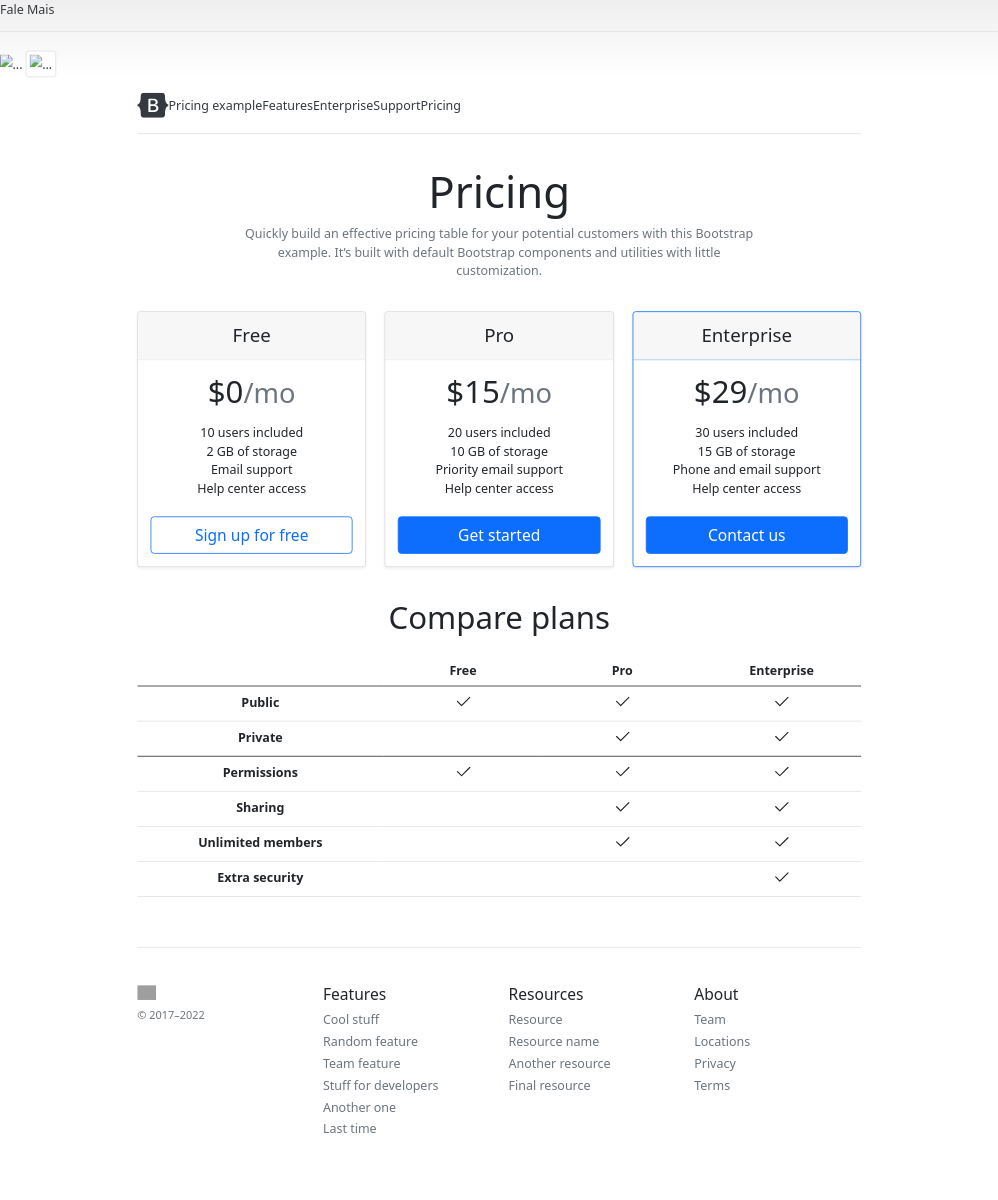
Repository: JuniorMagalhaesDeAlcantara/Fale-Mais
Page: src/resource/index.html
An editor plug-in stored every save of this project. The page is shown before and after the next save, followed by the edit.
The browser window is 1280 px wide. The pictures show the whole page, at 78% of full size.
Pictures or frames that could not be fetched are drawn as grey boxes.

Above is the page before, as saved 2022-08-02 14:36:41.
Not found: src/resource/img/telefone.jpg

### src/resource/index.html
<!DOCTYPE html>
<html lang="pt-br">
<head>
  <meta charset="UTF-8">
  <meta name="viewport" content="width=device-width, initial-scale=1.0">
  <title>Fale Mais</title>
  <link rel="stylesheet" href="https://stackpath.bootstrapcdn.com/bootstrap/5.0.0-alpha1/css/bootstrap.min.css" integrity="sha384-r4NyP46KrjDleawBgD5tp8Y7UzmLA05oM1iAEQ17CSuDqnUK2+k9luXQOfXJCJ4I" crossorigin="anonymous">
  <script src="https://cdn.jsdelivr.net/npm/popper.js@1.16.0/dist/umd/popper.min.js" integrity="sha384-Q6E9RHvbIyZFJoft+2mJbHaEWldlvI9IOYy5n3zV9zzTtmI3UksdQRVvoxMfooAo" crossorigin="anonymous"></script>
  <script src="https://stackpath.bootstrapcdn.com/bootstrap/5.0.0-alpha1/js/bootstrap.min.js" integrity="sha384-oesi62hOLfzrys4LxRF63OJCXdXDipiYWBnvTl9Y9/TRlw5xlKIEHpNyvvDShgf/" crossorigin="anonymous"></script>
</head>
<body>
    <header>
        <div class="d-flex flex-column flex-md-row align-items-center pb-3 mb-4 border-bottom">
          <a href="/" class="d-flex align-items-center text-dark text-decoration-none">
             <span class="fs-4">Fale Mais</span>
          </a>
        </div>
      </header>


      <img src="../resource/img/telefone.jpg" class="img-fluid" alt="...">

      <picture>
          <img src="../resource/img/telefone.jpg" class="img-fluid img-thumbnail" alt="...">
      </picture>
      <style>
        .bd-placeholder-img {
          font-size: 1.125rem;
          text-anchor: middle;
          -webkit-user-select: none;
          -moz-user-select: none;
          user-select: none;
        }

        @media (min-width: 768px) {
          .bd-placeholder-img-lg {
            font-size: 3.5rem;
          }
        }

        .b-example-divider {
          height: 3rem;
          background-color: rgba(0, 0, 0, .1);
          border: solid rgba(0, 0, 0, .15);
          border-width: 1px 0;
          box-shadow: inset 0 .5em 1.5em rgba(0, 0, 0, .1), inset 0 .125em .5em rgba(0, 0, 0, .15);
        }

        .b-example-vr {
          flex-shrink: 0;
          width: 1.5rem;
          height: 100vh;
        }

        .bi {
          vertical-align: -.125em;
          fill: currentColor;
        }

        .nav-scroller {
          position: relative;
          z-index: 2;
          height: 2.75rem;
          overflow-y: hidden;
        }

        .nav-scroller .nav {
          display: flex;
          flex-wrap: nowrap;
          padding-bottom: 1rem;
          margin-top: -1px;
          overflow-x: auto;
          text-align: center;
          white-space: nowrap;
          -webkit-overflow-scrolling: touch;
        }
      </style>


      <!-- Custom styles for this template -->
      <link href="../resource/css/style.css" rel="stylesheet">
    </head>
    <body>

  <svg xmlns="http://www.w3.org/2000/svg" style="display: none;">
    <symbol id="check" viewBox="0 0 16 16">
      <title>Check</title>
      <path d="M13.854 3.646a.5.5 0 0 1 0 .708l-7 7a.5.5 0 0 1-.708 0l-3.5-3.5a.5.5 0 1 1 .708-.708L6.5 10.293l6.646-6.647a.5.5 0 0 1 .708 0z"/>
    </symbol>
  </svg>

  <div class="container py-3">
    <header>
      <div class="d-flex flex-column flex-md-row align-items-center pb-3 mb-4 border-bottom">
        <a href="/" class="d-flex align-items-center text-dark text-decoration-none">
          <svg xmlns="http://www.w3.org/2000/svg" width="40" height="32" class="me-2" viewBox="0 0 118 94" role="img"><title>Bootstrap</title><path fill-rule="evenodd" clip-rule="evenodd" d="M24.509 0c-6.733 0-11.715 5.893-11.492 12.284.214 6.14-.064 14.092-2.066 20.577C8.943 39.365 5.547 43.485 0 44.014v5.972c5.547.529 8.943 4.649 10.951 11.153 2.002 6.485 2.28 14.437 2.066 20.577C12.794 88.106 17.776 94 24.51 94H93.5c6.733 0 11.714-5.893 11.491-12.284-.214-6.14.064-14.092 2.066-20.577 2.009-6.504 5.396-10.624 10.943-11.153v-5.972c-5.547-.529-8.934-4.649-10.943-11.153-2.002-6.484-2.28-14.437-2.066-20.577C105.214 5.894 100.233 0 93.5 0H24.508zM80 57.863C80 66.663 73.436 72 62.543 72H44a2 2 0 01-2-2V24a2 2 0 012-2h18.437c9.083 0 15.044 4.92 15.044 12.474 0 5.302-4.01 10.049-9.119 10.88v.277C75.317 46.394 80 51.21 80 57.863zM60.521 28.34H49.948v14.934h8.905c6.884 0 10.68-2.772 10.68-7.727 0-4.643-3.264-7.207-9.012-7.207zM49.948 49.2v16.458H60.91c7.167 0 10.964-2.876 10.964-8.281 0-5.406-3.903-8.178-11.425-8.178H49.948z" fill="currentColor"></path></svg>
          <span class="fs-4">Pricing example</span>
        </a>

        <nav class="d-inline-flex mt-2 mt-md-0 ms-md-auto">
          <a class="me-3 py-2 text-dark text-decoration-none" href="#">Features</a>
          <a class="me-3 py-2 text-dark text-decoration-none" href="#">Enterprise</a>
          <a class="me-3 py-2 text-dark text-decoration-none" href="#">Support</a>
          <a class="py-2 text-dark text-decoration-none" href="#">Pricing</a>
        </nav>
      </div>

      <div class="pricing-header p-3 pb-md-4 mx-auto text-center">
        <h1 class="display-4 fw-normal">Pricing</h1>
        <p class="fs-5 text-muted">Quickly build an effective pricing table for your potential customers with this Bootstrap example. It’s built with default Bootstrap components and utilities with little customization.</p>
      </div>
    </header>

    <main>
      <div class="row row-cols-1 row-cols-md-3 mb-3 text-center">
        <div class="col">
          <div class="card mb-4 rounded-3 shadow-sm">
            <div class="card-header py-3">
              <h4 class="my-0 fw-normal">Free</h4>
            </div>
            <div class="card-body">
              <h1 class="card-title pricing-card-title">$0<small class="text-muted fw-light">/mo</small></h1>
              <ul class="list-unstyled mt-3 mb-4">
                <li>10 users included</li>
                <li>2 GB of storage</li>
                <li>Email support</li>
                <li>Help center access</li>
              </ul>
              <button type="button" class="w-100 btn btn-lg btn-outline-primary">Sign up for free</button>
            </div>
          </div>
        </div>
        <div class="col">
          <div class="card mb-4 rounded-3 shadow-sm">
            <div class="card-header py-3">
              <h4 class="my-0 fw-normal">Pro</h4>
            </div>
            <div class="card-body">
              <h1 class="card-title pricing-card-title">$15<small class="text-muted fw-light">/mo</small></h1>
              <ul class="list-unstyled mt-3 mb-4">
                <li>20 users included</li>
                <li>10 GB of storage</li>
                <li>Priority email support</li>
                <li>Help center access</li>
              </ul>
              <button type="button" class="w-100 btn btn-lg btn-primary">Get started</button>
            </div>
          </div>
        </div>
        <div class="col">
          <div class="card mb-4 rounded-3 shadow-sm border-primary">
            <div class="card-header py-3 text-bg-primary border-primary">
              <h4 class="my-0 fw-normal">Enterprise</h4>
            </div>
            <div class="card-body">
              <h1 class="card-title pricing-card-title">$29<small class="text-muted fw-light">/mo</small></h1>
              <ul class="list-unstyled mt-3 mb-4">
                <li>30 users included</li>
                <li>15 GB of storage</li>
                <li>Phone and email support</li>
                <li>Help center access</li>
              </ul>
              <button type="button" class="w-100 btn btn-lg btn-primary">Contact us</button>
            </div>
          </div>
        </div>
      </div>

      <h2 class="display-6 text-center mb-4">Compare plans</h2>

      <div class="table-responsive">
        <table class="table text-center">
          <thead>
            <tr>
              <th style="width: 34%;"></th>
              <th style="width: 22%;">Free</th>
              <th style="width: 22%;">Pro</th>
              <th style="width: 22%;">Enterprise</th>
            </tr>
          </thead>
          <tbody>
            <tr>
              <th scope="row" class="text-start">Public</th>
              <td><svg class="bi" width="24" height="24"><use xlink:href="#check"/></svg></td>
              <td><svg class="bi" width="24" height="24"><use xlink:href="#check"/></svg></td>
              <td><svg class="bi" width="24" height="24"><use xlink:href="#check"/></svg></td>
            </tr>
            <tr>
              <th scope="row" class="text-start">Private</th>
              <td></td>
              <td><svg class="bi" width="24" height="24"><use xlink:href="#check"/></svg></td>
              <td><svg class="bi" width="24" height="24"><use xlink:href="#check"/></svg></td>
            </tr>
          </tbody>

          <tbody>
            <tr>
              <th scope="row" class="text-start">Permissions</th>
              <td><svg class="bi" width="24" height="24"><use xlink:href="#check"/></svg></td>
              <td><svg class="bi" width="24" height="24"><use xlink:href="#check"/></svg></td>
              <td><svg class="bi" width="24" height="24"><use xlink:href="#check"/></svg></td>
            </tr>
            <tr>
              <th scope="row" class="text-start">Sharing</th>
              <td></td>
              <td><svg class="bi" width="24" height="24"><use xlink:href="#check"/></svg></td>
              <td><svg class="bi" width="24" height="24"><use xlink:href="#check"/></svg></td>
            </tr>
            <tr>
              <th scope="row" class="text-start">Unlimited members</th>
              <td></td>
              <td><svg class="bi" width="24" height="24"><use xlink:href="#check"/></svg></td>
              <td><svg class="bi" width="24" height="24"><use xlink:href="#check"/></svg></td>
            </tr>
            <tr>
              <th scope="row" class="text-start">Extra security</th>
              <td></td>
              <td></td>
              <td><svg class="bi" width="24" height="24"><use xlink:href="#check"/></svg></td>
            </tr>
          </tbody>
        </table>
      </div>
    </main>

    <footer class="pt-4 my-md-5 pt-md-5 border-top">
      <div class="row">
        <div class="col-12 col-md">
          <img class="mb-2" src="../assets/brand/bootstrap-logo.svg" alt="" width="24" height="19">
          <small class="d-block mb-3 text-muted">&copy; 2017–2022</small>
        </div>
        <div class="col-6 col-md">
          <h5>Features</h5>
          <ul class="list-unstyled text-small">
            <li class="mb-1"><a class="link-secondary text-decoration-none" href="#">Cool stuff</a></li>
            <li class="mb-1"><a class="link-secondary text-decoration-none" href="#">Random feature</a></li>
            <li class="mb-1"><a class="link-secondary text-decoration-none" href="#">Team feature</a></li>
            <li class="mb-1"><a class="link-secondary text-decoration-none" href="#">Stuff for developers</a></li>
            <li class="mb-1"><a class="link-secondary text-decoration-none" href="#">Another one</a></li>
            <li class="mb-1"><a class="link-secondary text-decoration-none" href="#">Last time</a></li>
          </ul>
        </div>
        <div class="col-6 col-md">
          <h5>Resources</h5>
          <ul class="list-unstyled text-small">
            <li class="mb-1"><a class="link-secondary text-decoration-none" href="#">Resource</a></li>
            <li class="mb-1"><a class="link-secondary text-decoration-none" href="#">Resource name</a></li>
            <li class="mb-1"><a class="link-secondary text-decoration-none" href="#">Another resource</a></li>
            <li class="mb-1"><a class="link-secondary text-decoration-none" href="#">Final resource</a></li>
          </ul>
        </div>
        <div class="col-6 col-md">
          <h5>About</h5>
          <ul class="list-unstyled text-small">
            <li class="mb-1"><a class="link-secondary text-decoration-none" href="#">Team</a></li>
            <li class="mb-1"><a class="link-secondary text-decoration-none" href="#">Locations</a></li>
            <li class="mb-1"><a class="link-secondary text-decoration-none" href="#">Privacy</a></li>
            <li class="mb-1"><a class="link-secondary text-decoration-none" href="#">Terms</a></li>
          </ul>
        </div>
      </div>
    </footer>
  </div>



    </body>
  </html>

### src/resource/css/style.css
body {
    background-image: linear-gradient(180deg, #eee, #fff 100px, #fff);
  }

  .container {
    max-width: 960px;
  }

  .pricing-header {
    max-width: 700px;
  }

After the next save:
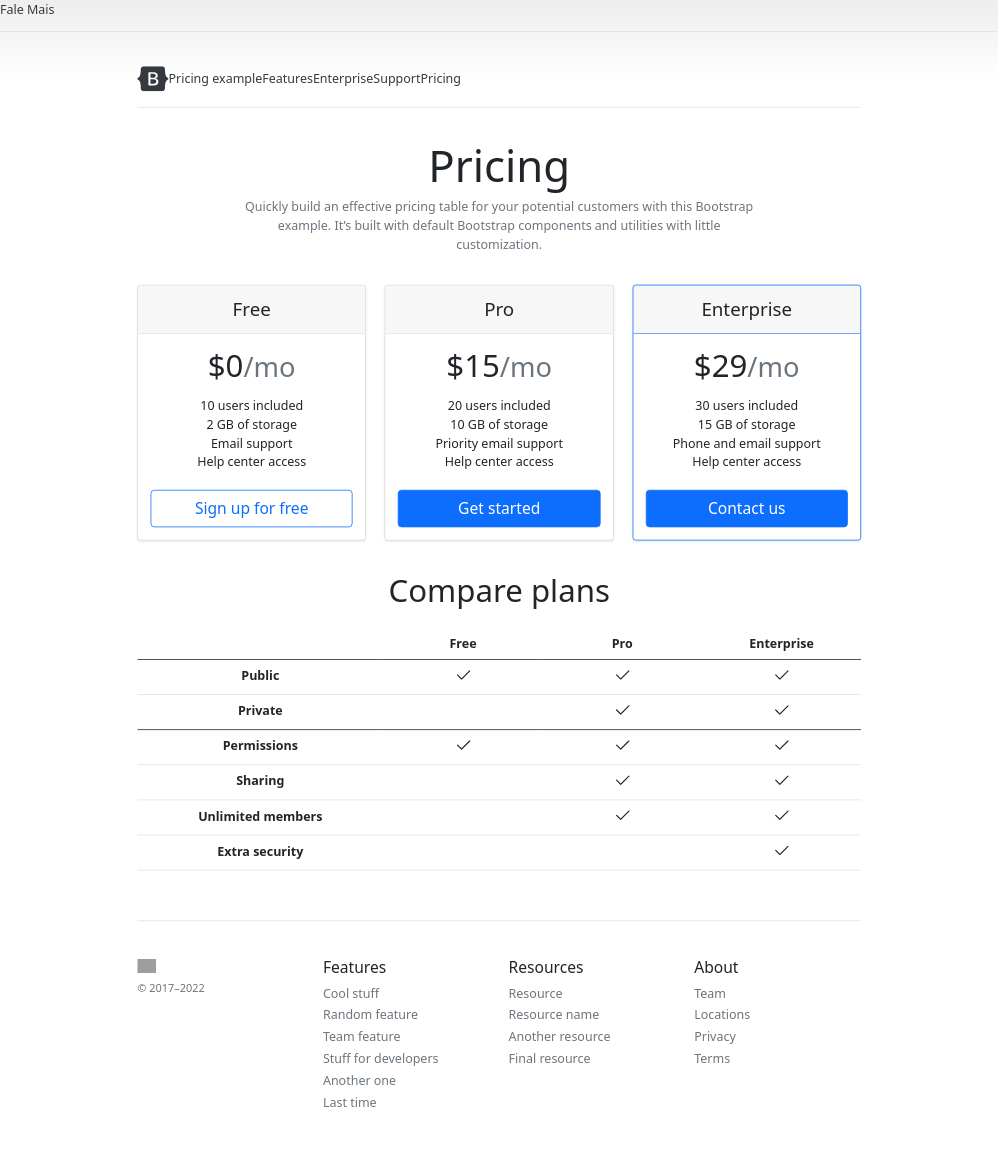
Saved 30 s later.
--- a/src/resource/index.html
+++ b/src/resource/index.html
@@ -17,12 +17,6 @@
         </div>
       </header>
 
-
-      <img src="../resource/img/telefone.jpg" class="img-fluid" alt="...">
-
-      <picture>
-          <img src="../resource/img/telefone.jpg" class="img-fluid img-thumbnail" alt="...">
-      </picture>
       <style>
         .bd-placeholder-img {
           font-size: 1.125rem;
